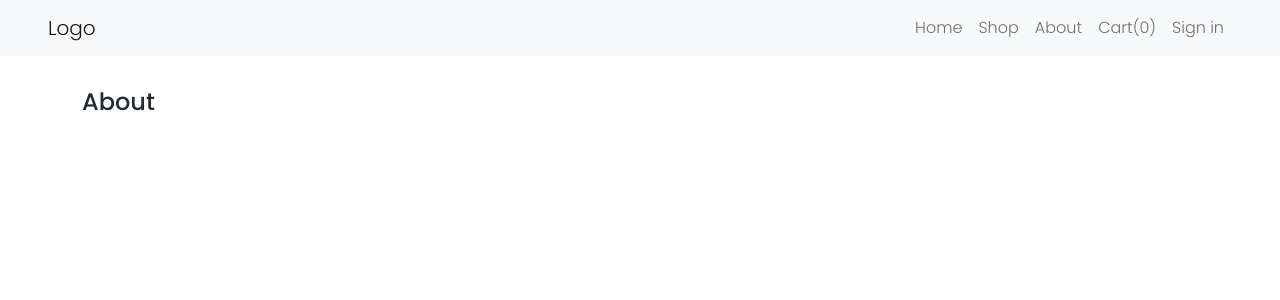
Repository: long13820/bookworm-app
Page: / (app in client/)
These files come from the project's save history. The page is drawn as it stood at one moment and after the next save; the edit follows.
The browser window is 1280 px wide. The pictures show the whole page.
The project was rebuilt for these pictures with package versions that can differ from the ones it lists, and the page was loaded fresh each time. Also part of the build but not shown: client/src/components/layout/Home/Home.js.

Above is the page before, as saved 2022-06-25 13:32:08.

### client/public/index.html
<!DOCTYPE html>
<html lang="en">
  <head>
    <meta charset="utf-8" />
    <link rel="icon" href="%PUBLIC_URL%/favicon.ico" />
    <meta name="viewport" content="width=device-width, initial-scale=1" />
    <meta name="theme-color" content="#000000" />
    <meta
      name="description"
      content="Web site created using create-react-app"
    />
    <link rel="apple-touch-icon" href="%PUBLIC_URL%/logo192.png" />
    <!--
      manifest.json provides metadata used when your web app is installed on a
      user's mobile device or desktop. See https://developers.google.com/web/fundamentals/web-app-manifest/
    -->
    <link rel="manifest" href="%PUBLIC_URL%/manifest.json" />
    <!--
      Notice the use of %PUBLIC_URL% in the tags above.
      It will be replaced with the URL of the `public` folder during the build.
      Only files inside the `public` folder can be referenced from the HTML.

      Unlike "/favicon.ico" or "favicon.ico", "%PUBLIC_URL%/favicon.ico" will
      work correctly both with client-side routing and a non-root public URL.
      Learn how to configure a non-root public URL by running `npm run build`.
    -->
    <title>Bookworm App</title>

    <!-- Poppins -->
    <link rel="preconnect" href="https://fonts.googleapis.com">
    <link rel="preconnect" href="https://fonts.gstatic.com" crossorigin>
    <link href="https://fonts.googleapis.com/css2?family=Poppins:ital,wght@0,100;0,200;0,300;0,400;0,500;0,600;0,700;1,100;1,200;1,300;1,400;1,500;1,600&display=swap" rel="stylesheet">

    <!-- Font Awesome -->
    <link rel="stylesheet" href="https://use.fontawesome.com/releases/v5.7.0/css/all.css"
    integrity="sha384-lZN37f5QGtY3VHgisS14W3ExzMWZxybE1SJSEsQp9S+oqd12jhcu+A56Ebc1zFSJ" crossorigin="anonymous">
  </head>
  <body>
    <noscript>You need to enable JavaScript to run this app.</noscript>
    <div id="root"></div>
    <!--
      This HTML file is a template.
      If you open it directly in the browser, you will see an empty page.

      You can add webfonts, meta tags, or analytics to this file.
      The build step will place the bundled scripts into the <body> tag.

      To begin the development, run `npm start` or `yarn start`.
      To create a production bundle, use `npm run build` or `yarn build`.
    -->
  </body>
</html>

### client/src/index.js
import React from 'react';
import ReactDOM from 'react-dom/client';
import './index.css';
import App from './App';
import reportWebVitals from './reportWebVitals';
import {BrowserRouter as Router} from 'react-router-dom'
import 'bootstrap/dist/css/bootstrap.min.css'
import './assets/css/style.css'
const root = ReactDOM.createRoot(document.getElementById('root'));
root.render(
  <React.StrictMode>
    <Router>
        <App />
    </Router>
  </React.StrictMode>
);

// ReactDOM.render(
//     <React.StrictMode>
//         <Router>
//             <App/>
//         </Router>
//     </React.StrictMode>,
//     document.getElementById('root')
// );

// If you want to start measuring performance in your app, pass a function
// to log results (for example: reportWebVitals(console.log))
// or send to an analytics endpoint. Learn more: https://bit.ly/CRA-vitals
reportWebVitals();

### client/src/App.js
import React from "react";
import Header from "./components/layout/Header/Header";
import Home from "./components/layout/Home/Home";
import Title from "./components/layout/Page-Title/PageTitle"

function App() {
  return (
    <div className="d-flex flex-column m-height-100">
        <Header/>

        <Title title="About"/>
        {/* <Home/> */}
    </div>
  );
}

export default App;

### client/src/assets/css/style.css
@import './variable.css';
@import './global.css';

### client/src/components/layout/Header/Header.js
import  "./header.css";

const Header = () => {
  return (
    <nav className="navbar navbar-expand-lg navbar-light bg-light sticky-top px-5">
            <a className="navbar-brand" href="#">Logo</a>
            <button className="navbar-toggler" type="button" data-toggle="collapse" data-target="#navbarSupportedContent" aria-controls="navbarSupportedContent" aria-expanded="false" aria-label="Toggle navigation">
              <span className="navbar-toggler-icon"></span>
            </button>

            <div className="collapse navbar-collapse d-flex justify-content-end" id="navbarSupportedContent">
                <ul className="navbar-nav">
                    <li className="nav-item active">
                        <a className="nav-link" href="/">Home <span className="sr-only">(current)</span></a>
                    </li>
                    <li className="nav-item">
                        <a className="nav-link" href="/shop">Shop</a>
                    </li>
                    <li className="nav-item">
                        <a className="nav-link" href="/about">About</a>
                    </li>
                    <li className="nav-item">
                        <a className="nav-link" href="/cart">Cart(0)</a>
                    </li>
                    <li className="nav-item">
                        <a className="nav-link" href="#">Sign in</a>
                    </li>

                </ul>

            </div>
    </nav>
  )
}

export default Header

### client/src/components/layout/Page-Title/PageTitle.js
import React from 'react'
import './page-title.css'
const PageTitle = (props) => {
  return (
    <div className='container'>
        <div className='title-page'>
            <h4>{props.title}</h4>
        </div>
    </div>
  )
}

export default PageTitle

### client/src/assets/css/variable.css
:root {
    --base: 1rem;
    --black: #232b33;
    --white: #ffffff;
    --gray: #888b90;
    --gray2: #b2b5bc;
    --gray3: #dee2e6;
    --light-gray: #e7e9eb;
    --whitesmoke: #f5f7f8;
    --darkblue: #010F9D;
    --font: 'Poppins';
    --thin: 100;
    --extra-light: 200;
    --light: 300;
    --regular: 400;
    --medium: 500;
    --semi-bold: 600;
    --bold: 700;
    --extra-bold: 800;
    --black-w: 900;
}

### client/src/assets/css/global.css
* {
    margin: 0;
    padding: 0;
    box-sizing: border-box;
}

html {
    scroll-behavior: smooth;
}

body {
    font-family: var(--font), sans-serif !important;
    font-weight: var(--light);
    font-size: var(--base);
    color: var(--black);
    -webkit-font-smoothing: antialiased;
    -moz-osx-font-smoothing: grayscale;
    scroll-behavior: smooth;
}

p {
    margin-bottom: 0 !important;
}

a {
    text-decoration: none !important;
}

ul,
li {
    text-decoration: none;
    list-style: none;
    margin: 0;
    padding: 0;
}

.font-12px {
    font-size: calc(var(--base) - 0.25rem);
}

.font-14px {
    font-size: calc(var(--base) - 0.125rem);
}

.font-base {
    font-size: var(--base);
}

.font-18px {
    font-size: calc(var(--base) + 0.125rem);
}

.font-20px {
    font-size: calc(var(--base) + 0.25rem);
}

.font-22px {
    font-size: calc(var(--base) + 0.375rem);
}

.font-24px {
    font-size: calc(var(--base) + 0.5rem);
}

.text-color-black,
.text-color-black:hover {
    color: var(--black);
}

.btn:focus,
textarea:focus,
textarea.form-control:focus,
input.form-control:focus,
input[type=text]:focus,
input[type=password]:focus,
input[type=email]:focus,
input[type=number]:focus,
[type=text].form-control:focus,
[type=password].form-control:focus,
[type=email].form-control:focus,
[type=tel].form-control:focus,
[contenteditable].form-control:focus {
    outline: none !important;
    box-shadow: none !important;
}

.bg-white {
    background-color: var(--white);
}

.bg-white-smoke {
    background-color: var(--whitesmoke);
}

.m-height-100 {
    min-height: 100vh;
}

.btn-link {
    text-decoration: none !important;
    color: inherit !important;
}

.pointer {
    cursor: pointer;
}

.text-dark-blue {
    color: var(--darkblue);
}

.background-dark-blue {
    background-color: var(--darkblue) !important;
}

.modal-title {
    width: 100%;
}

.border-error {
    outline: 2px solid red !important;
}

.Toastify__toast {
    font-family: var(--font), sans-serif !important;
}

.Toastify__toast-theme--light {
    background: #dbf7e8 !important;
    color: #369b61 !important;
}

### client/src/components/layout/Home/home.css
@import '../../../assets/css/style.css';

.home-page{
    margin: 1rem 0;
}

.custom-link,
.custom-link:hover{
    display: inline-block;
    color: var(--black);
    cursor: pointer;
    padding: 0.375rem 0.75rem;
    text-decoration: none;
    line-height: 1.5;
    text-align: center;
    vertical-align: middle;
    -webkit-user-select: none;
    -moz-user-select: none;
    -ms-user-select: none;
    user-select: none;
}

.home-page .book-list{
    margin-top: 4rem;
}

.home-page .book-list .section-title{
    font-weight: var(--medium);
}
.home-page .book-list .bl-filter,
.home-page .book-list #mainRow .card .card-body .book-title,
.home-page .carousel .card .card-body .book-title{
    font-weight: var(--bold);
}

.home-page .book-list .bl-showing{
    color: var(--gray);
}

.home-page .book-list .bl-main-filter,
.home-page .book-list #mainRow{
    margin-top: 0.5rem;
}

.home-page .book-list .bl-main-filter .blmf-card{
    border: 0.1rem solid var(--gray2);
    border-radius: 0.25rem;
    padding: 1rem;
}

.home-page .book-list .bl-main-filter .blmf-card:not(:last-child){
    margin-bottom: 1.25rem;
}

.home-page .book-list .bl-main-filter .blmf-card .blmfc-title{
    font-weight: var(--bold);
    margin-bottom: 0.5rem;
}

.home-page .book-list .bl-main-filter .blmf-card .blmfc-list>li{
    margin-left: 1rem;
}

.home-page .book-list .bl-main-filter .blmf-card .blmfc-list>li:not(:last-child){
    margin-bottom: 0.5rem;
}

.home-page .book-list #mainRow .card>img,
.carousel .card>img{
    width: 100%;
    max-width: 100%;
    height: 300px;
    vertical-align: middle;
}
.swiper-button-next, .swiper-button-prev {
    color: var(--gray2) !important;

}

@media only screen  and  (max-width : 576px){
    .home-page .book-list #mainRow .card>img,
    .carousel .card>img{
        height: 100%;
    }
}

### client/src/components/layout/Page-Title/page-title.css
.title-page{
    padding: 2rem 0;
    border-bottom: 0.1rem solid var(--light-);
}

Loaded but not shown: client/src/index.css (common file); client/src/reportWebVitals.js (common file); client/src/components/layout/Header/header.css (no stored copy; drawn as an empty file)

After the next save:
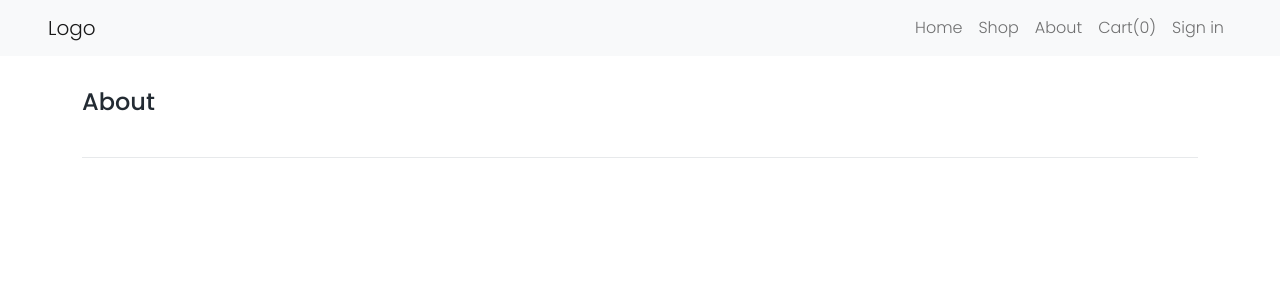
Saved 4 s later.
--- a/client/src/components/layout/Page-Title/page-title.css
+++ b/client/src/components/layout/Page-Title/page-title.css
@@ -1,4 +1,4 @@
 .title-page{
     padding: 2rem 0;
-    border-bottom: 0.1rem solid var(--light-);
+    border-bottom: 0.1rem solid var(--light-gray);
 }
